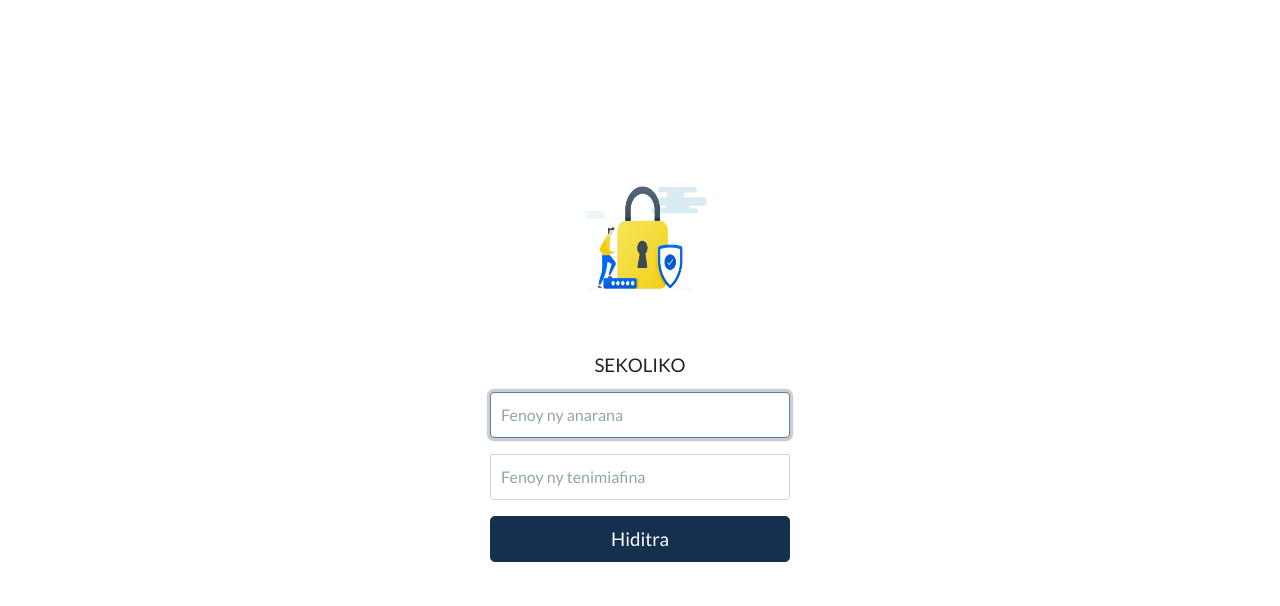
Repository: niainamahefa/j2ee-sekoliko
Page: http://localhost/Ecole/login
These files come from the project's save history. The page is drawn as it stood at one moment and after the next save; the edit follows.
The browser window is 1280 px wide. The pictures show the whole page.
The page is served by Tomcat 9.

Above is the page before, as saved 2021-02-03 18:38:36.

After the next save:
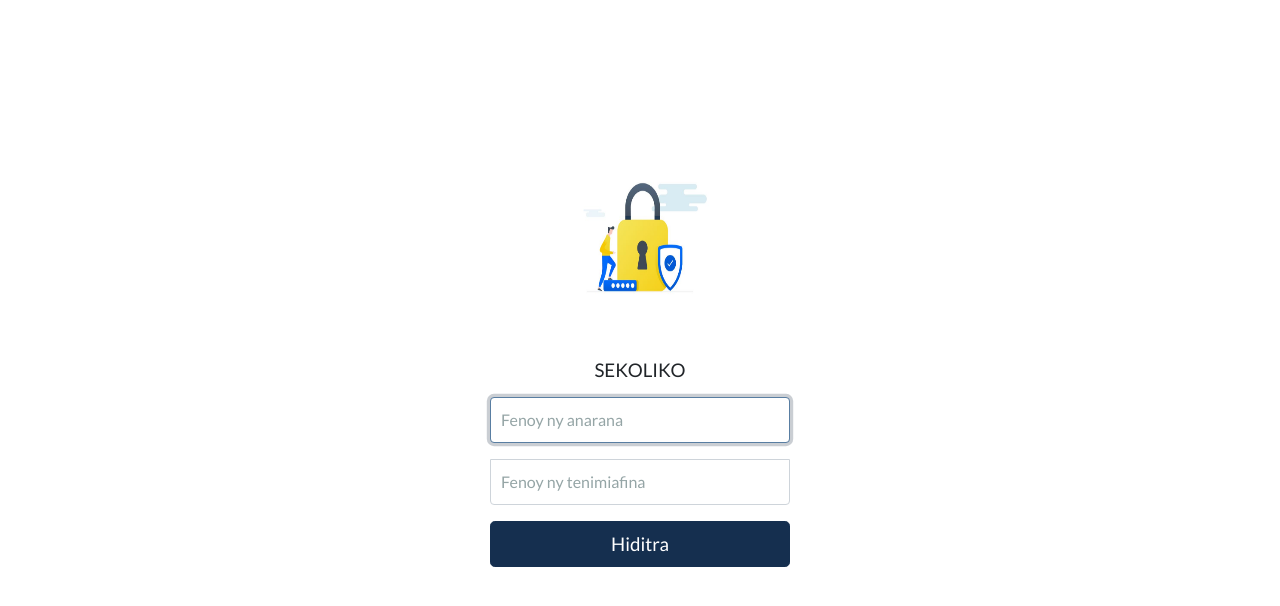
Saved 19 s later.
--- a/Ecole/WebContent/WEB-INF/login.jsp
+++ b/Ecole/WebContent/WEB-INF/login.jsp
@@ -35,7 +35,7 @@
   </head>
   <body class="text-center">
 	    <form class="form-signin" method="post">
-		  <img class="mb-4" src="./assets/images/security.jpg" alt="" width="172" height="172">
+		  <img class="mb-4" src="./assets/images/security.jpg" alt="" width="172" height="182">
 		  <h1 class="h5 mb-3 font-weight-normal">SEKOLIKO</h1>
 		  <label for="inputEmail" class="sr-only">Anarana</label>
 		  <input type="text" id="inputEmail" class="form-control" placeholder="Fenoy ny anarana"  name="anarana" required autofocus>
